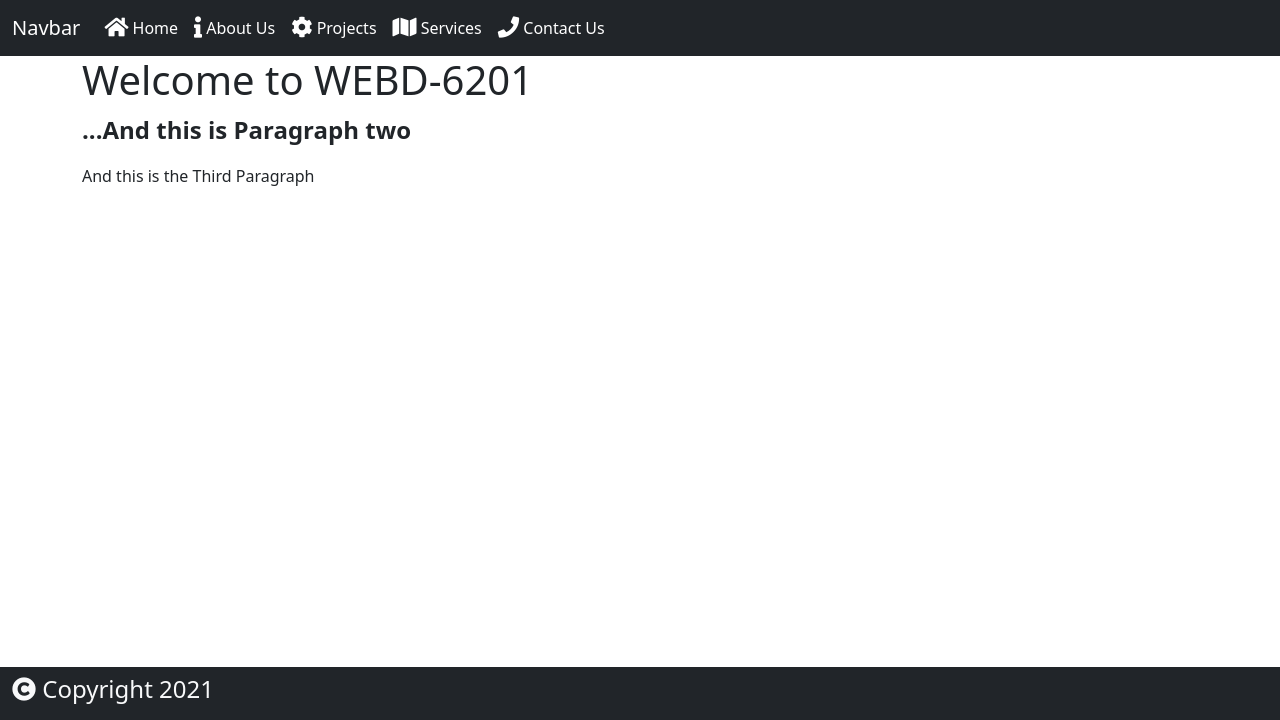
Repository: CKM206/WEBD6201-W2021---ICE1
Page: about.html
These files come from the project's save history. The page is drawn as it stood at one moment and after the next save; the edit follows.
The browser window is 1280 px wide. The pictures show the whole page.

Above is the page before, as saved 2021-01-21 08:48:46.

### about.html
<!DOCTYPE html>
<html lang="en">
<head>
    <meta charset="UTF-8">
    <meta name="viewport" content="width=device-width, initial-scale=1.0">
    <title>Home</title>
    <!-- CSS Section -->
    <!-- Inject Bootstrap first, always-->
    <link rel="stylesheet"
    href="./node_modules/bootstrap/dist/css/bootstrap.min.css">
    <!-- Now inject Icon Fonts using Font Awesome-->
    <link rel="stylesheet"
    href="./node_modules/@fortawesome/fontawesome-free/css/all.min.css">
    <!-- Now inject our custom css-->
    <link rel="stylesheet" href="./Content/app.css">
</head>
<body>
    <!-- Main Header -->
    <header>
      <!-- Main Navigation -->
        <nav class="navbar navbar-expand-lg navbar-dark bg-dark">
            <div class="container-fluid">
              <a class="navbar-brand" href="index.html">Navbar</a>
              <button class="navbar-toggler" type="button" data-bs-toggle="collapse" data-bs-target="#navbarSupportedContent" aria-controls="navbarSupportedContent" aria-expanded="false" aria-label="Toggle navigation">
                <span class="navbar-toggler-icon"></span>
              </button>
              <div class="collapse navbar-collapse" id="navbarSupportedContent">
                <ul class="navbar-nav me-auto mb-2 mb-lg-0">
                  <li class="nav-item">
                    <a class="nav-link active" aria-current="page" href="index.html"><i class="fas fa-home fa-lg"></i> Home</a>
                  </li>
                  <li class="nav-item">
                    <a class="nav-link active" aria-current="page" href="about.html"><i class="fas fa-info fa-lg"></i> About Us</a>
                  </li>
                  <li class="nav-item">
                    <a class="nav-link active" aria-current="page" href="projects.html"><i class="fas fa-cog fa-lg"></i> Projects</a>
                  </li>
                  <li class="nav-item">
                    <a class="nav-link active" aria-current="page" href="services.html"><i class="fas fa-map fa-lg"></i> Services</a>
                  </li>
                  <li class="nav-item">
                    <a class="nav-link active" aria-current="page" href="contacts.html"><i class="fas fa-phone fa-lg"></i> Contact Us</a>
                  </li>
                </ul>
              </div>
            </div>
          </nav>
    </header>
    <!-- Main Content -->
    <main class="container">
        <h1>Welcome to WEBD-6201</h1>
        <p id="paragraphOne"></p>
    </main>

    <!-- Footer Section -->
    <footer>
        <nav class="navbar fixed-bottom navbar-dark bg-dark">
            <div class="container-fluid">
              <h4 class="text-light"><i class="fas fa-copyright text-light"></i> Copyright 2021</h4>
            </div>
          </nav>
    </footer>

    <!--Script Section-->
    <script src="./node_modules/jquery/dist/jquery.min.js"></script>
    <script src="./node_modules/bootstrap/dist/js/bootstrap.bundle.min.js"></script>
    <script src="./Scripts/app.js"></script>
</body>
</html>

### Content/app.css
/* Custom CSS Here */

### Scripts/app.js
/* Custom Javascript Here */
"use strict";   // Indicate that the code should be executed in "strict mode".

// IIFE - Immediately Invoked Function Expression (Anonymous Self-Executing Function)
//-Acts as a Closure, Limits Scope Leak
(function()
{
    function Start()
    {
        console.log("App Started...");

        // This shows different ways of accessing an element; @see index.html <p> on line 51
        //-Each has its own use and solves different problems
        let paragraphOneText = "This is a simple site to demonstrate DOM Manipulation for ICE 1.";
        let paragraphOneElement = document.getElementById("paragraphOne");

        // let aParagraph = document.getElementsByTagName("p")[0];
        // let allParagraphs = document.getElementsByTagName("p");
        // let paragraphOneQuery = document.querySelector("p");
        // let paragraphOneQuerys = document.querySelectorAll("p");

        // Print each variable to the console, see how each one "points" to the same <p> element
        // console.log(paragraphOneElement);
        // console.log(aParagraph);
        // console.log(allParagraphs[0]);
        // console.log(paragraphOneQuery);
        // console.log(paragraphOneQuerys);

        // Assigning values to the textContent of the element we have a reference to
        paragraphOneElement.textContent = paragraphOneText;

        /* We can change the style as well..
          For the most part its best to use css sheets, but this can be useful when attempting
          dynamic effects on the webpage
        */
        //paragraphOneElement.style = "color: blue;";

        /* We can change the class of an element as well...
        * This is probably a better way of assigning css to elements (As compared to above)
        */
        //paragraphOneElement.className = "fs-4 fw-bold";


        // Injecting a new element
        let newParagraph = document.createElement("p");             // Create the Element
        newParagraph.setAttribute("id","paragraphTwo");             // Configure the Element
        newParagraph.textContent = "...And this is Paragraph two"   //--
        let mainContent = document.getElementsByTagName("main")[0]; // Get a reference to the Main Element
        mainContent.appendChild(newParagraph);                      // Append the new Element as a child of main

        // We can still make alterations to this element
        newParagraph.className = "fs-4 fw-bold";

        // Another way of injecting a new Element through Javascript
        let paragraphThree = '<p class ="fs-6">And this is the Third Paragraph</p>';    // Create the Element

        // Notice that this doesnt work, it is assigned as text verbatim, and erases all other content in main
        //mainContent.textContent = paragraphThree;

        let paragraphDiv = document.createElement('div');
        // Converting and Injecting the paragraph, it still erases all other content
        paragraphDiv.innerHTML = paragraphThree;

       // Insertions
       //-Example of insering before a node
       //newparagraph.before(paragraphDiv);

       // Inserting after a node
       newParagraph.after(paragraphDiv);

       // deletions

       //-Removing a single element
       //paragraphOneElement.remove();

       //-Removing a child element
       mainContent.removeChild(paragraphOneElement);

       // Updating & Modification
       //-Targetted Modifcation
       //mainContent.firstElementChild.textContent = "Welcome Home";

       // Bulk modififying mainContent
       //mainContent.innerHTML =
       //'<h1 id="firstHeading">Welcome to WEBD6201 - Lab 1</h1>' +
       //'<p id="paragraphOne" class="fs-3 fw-bold">A new First Paragraph</p>';



    }

    window.addEventListener("load", Start);
})();

Loaded but not shown: node_modules/bootstrap/dist/css/bootstrap.min.css (library); node_modules/@fortawesome/fontawesome-free/css/all.min.css (library); node_modules/jquery/dist/jquery.min.js (library); node_modules/bootstrap/dist/js/bootstrap.bundle.min.js (library)

After the next save:
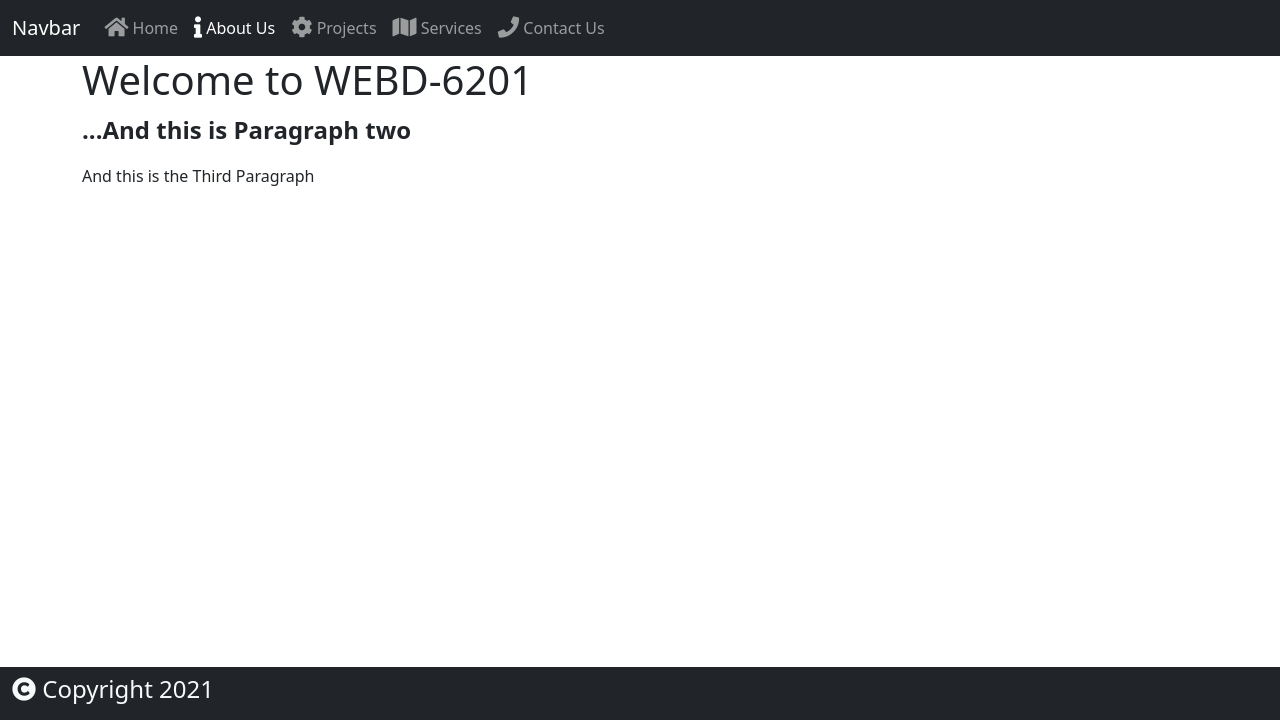
Saved 36 s later.
--- a/about.html
+++ b/about.html
@@ -3,7 +3,7 @@
 <head>
     <meta charset="UTF-8">
     <meta name="viewport" content="width=device-width, initial-scale=1.0">
-    <title>Home</title>
+    <title>About</title>
     <!-- CSS Section -->
     <!-- Inject Bootstrap first, always-->
     <link rel="stylesheet"
@@ -27,19 +27,19 @@
               <div class="collapse navbar-collapse" id="navbarSupportedContent">
                 <ul class="navbar-nav me-auto mb-2 mb-lg-0">
                   <li class="nav-item">
-                    <a class="nav-link active" aria-current="page" href="index.html"><i class="fas fa-home fa-lg"></i> Home</a>
+                    <a class="nav-link" aria-current="page" href="index.html"><i class="fas fa-home fa-lg"></i> Home</a>
                   </li>
                   <li class="nav-item">
                     <a class="nav-link active" aria-current="page" href="about.html"><i class="fas fa-info fa-lg"></i> About Us</a>
                   </li>
                   <li class="nav-item">
-                    <a class="nav-link active" aria-current="page" href="projects.html"><i class="fas fa-cog fa-lg"></i> Projects</a>
+                    <a class="nav-link" aria-current="page" href="projects.html"><i class="fas fa-cog fa-lg"></i> Projects</a>
                   </li>
                   <li class="nav-item">
-                    <a class="nav-link active" aria-current="page" href="services.html"><i class="fas fa-map fa-lg"></i> Services</a>
+                    <a class="nav-link" aria-current="page" href="services.html"><i class="fas fa-map fa-lg"></i> Services</a>
                   </li>
                   <li class="nav-item">
-                    <a class="nav-link active" aria-current="page" href="contacts.html"><i class="fas fa-phone fa-lg"></i> Contact Us</a>
+                    <a class="nav-link" aria-current="page" href="contacts.html"><i class="fas fa-phone fa-lg"></i> Contact Us</a>
                   </li>
                 </ul>
               </div>
